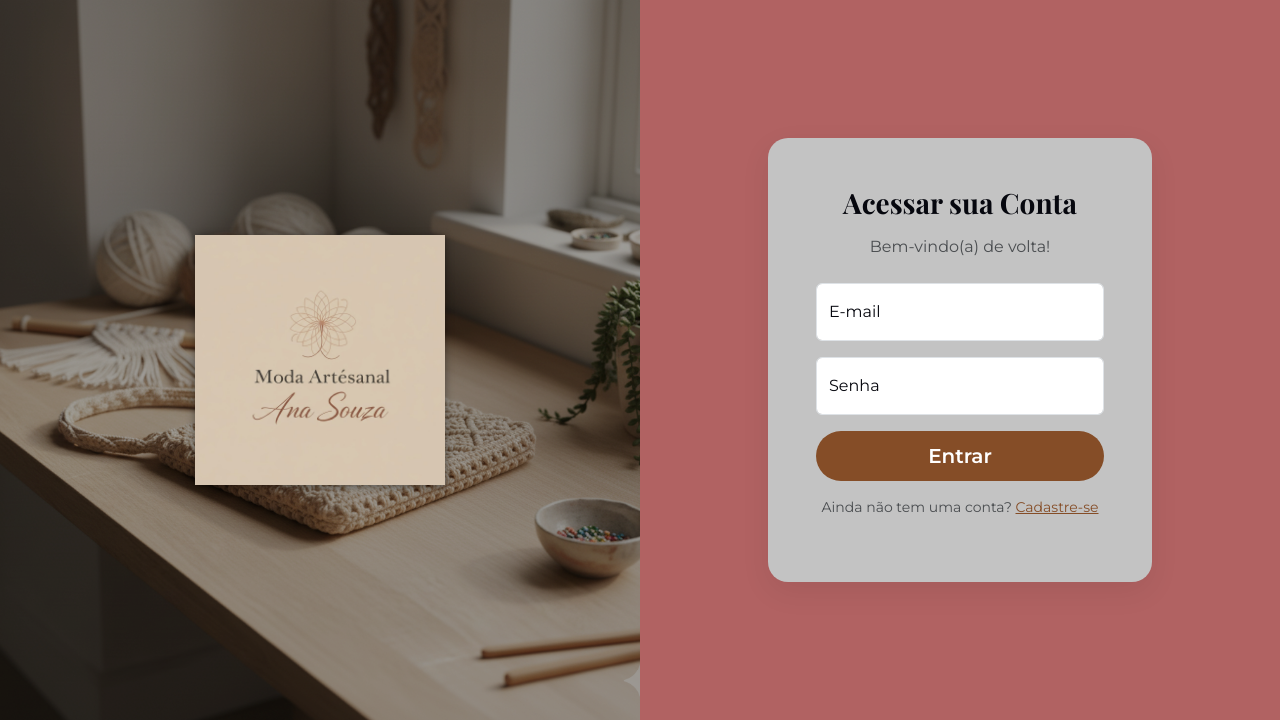
Repository: Lucascsg/projeto-anasouza-frontend
Page: login.html
The author's editor kept a copy of each file at every save. The page is drawn from the files as they stood at one save, then again after the next save.
The browser window is 1280 px wide. The pictures show the whole page.

Above is the page before, as saved 2025-10-21 23:44:42.

After the next save:
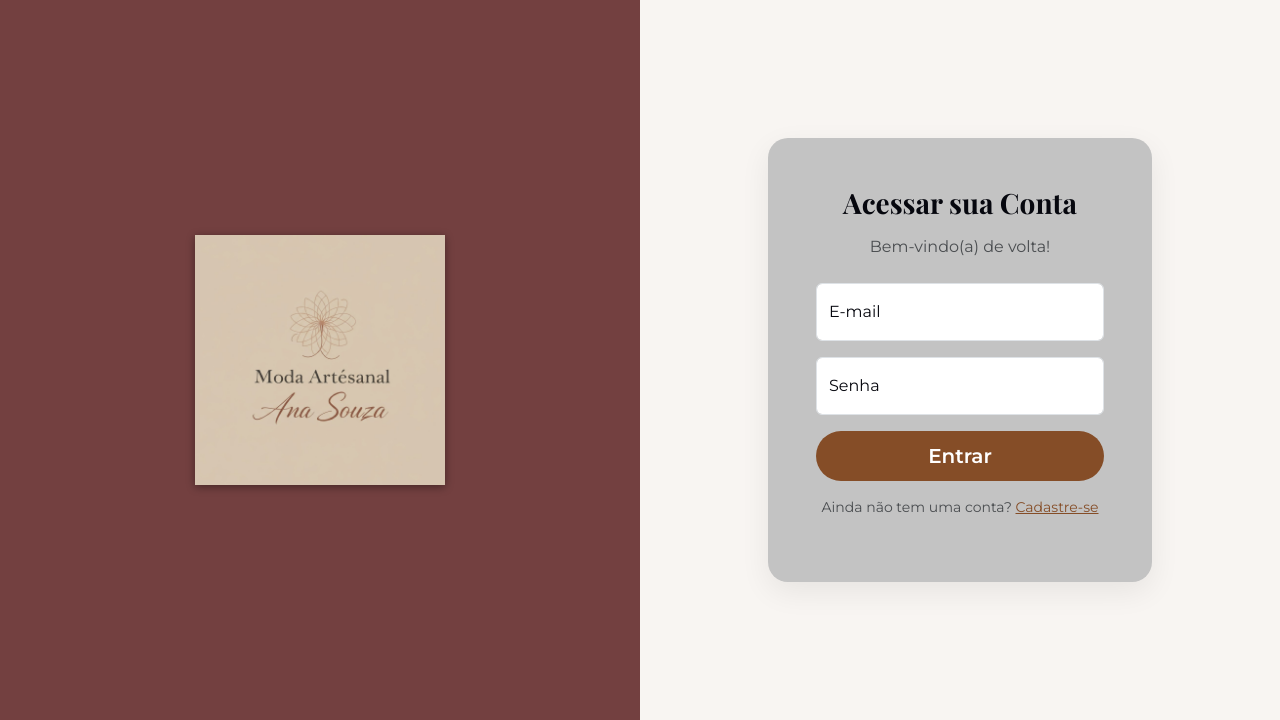
Not found: imagens/auth-background.jpg
Saved 2 min 45 s later.
--- a/login.html
+++ b/login.html
@@ -13,70 +13,70 @@
 
     <style>
         /* Estilo para garantir altura total e split screen */
-        body, html { height: 100%; margin: 0; overflow: hidden; }
-        .split-container { display: flex; min-height: 100vh; }
-        .split-image {
-            background: url('imagens/backlog4.png') no-repeat center center/cover; /* SUA IMAGEM DE FUNDO AQUI */
-            flex: 1;
-            position: relative;
-            display: flex;
-            align-items: center;
-            justify-content: center;
-            padding: 2rem; /* Adiciona um respiro */
-        }
-        .split-form {
-            flex: 1;
-            display: flex;
-            align-items: center;
-            justify-content: center;
-            padding: 2rem;
-            background-color: #B16262 ;
-            overflow-y: auto;
-        }
+body, html { height: 100%; margin: 0; overflow: hidden; }
+.split-container { display: flex; min-height: 100vh; }
+.split-image {
+    background: url('imagens/auth-background.jpg') no-repeat center center/cover; /* SUA IMAGEM DE FUNDO AQUI */
+    flex: 1;
+    position: relative;
+    display: flex;
+    align-items: center;
+    justify-content: center;
+    padding: 2rem;
+}
+.split-form {
+    flex: 1;
+    display: flex;
+    align-items: center;
+    justify-content: center;
+    padding: 2rem;
+    background-color: var(--cor-fundo-claro);
+    overflow-y: auto;
+}
 
-        /* Overlay sobre a imagem */
-        .split-image::before {
-            content: '';
-            position: absolute;
-            top: 0; left: 0;
-            width: 100%; height: 100%;
-            background: rgba(0, 0, 0, 0.35);
-            z-index: 1;
-        }
+/* Overlay sobre a imagem */
+.split-image::before {
+    content: '';
+    position: absolute;
+    top: 0; left: 0;
+    width: 100%; height: 100%;
+    background: rgba(0, 0, 0, 0.35);
+    z-index: 1;
+}
 
-        /* --- ATUALIZADO: Estilo para a IMAGEM do logo --- */
-        .image-logo {
-            position: relative;
-            z-index: 2;
-            text-align: center;
-            max-width: 250px; /* Limita a largura máxima do logo */
-            width: 70%;       /* Faz o logo ocupar 70% do espaço disponível */
-        }
-        .image-logo img {
-            /* Adiciona um leve filtro para o logo "flutuar" melhor sobre fundos variados */
-            filter: drop-shadow(0px 2px 4px rgba(0,0,0,0.4));
-        }
+/* --- NOVA CORREÇÃO: Estilo para a IMAGEM do logo --- */
+.image-logo {
+    position: relative;
+    z-index: 2;
+    max-width: 250px; /* Limita a largura máxima do logo */
+    width: auto;      /* Deixa a imagem definir a largura */
+    /* Remove text-align: center; não é mais necessário */
+    margin: auto;     /* Ajuda na centralização dentro do flex item */
+}
+.image-logo a {
+    display: block; /* Garante que o link se comporte como um bloco */
+    line-height: 0;   /* Remove qualquer altura de linha extra */
+    /* Adicionado: Força o link a ter exatamente o tamanho da imagem */
+    width: fit-content;
+    height: fit-content;
+    margin: 0 auto; /* Centraliza o link (que agora tem tamanho definido) */
+}
+.image-logo img {
+    display: block; /* Garante que a imagem preencha o link */
+    filter: drop-shadow(0px 2px 4px rgba(0,0,0,0.4));
+}
+/* --- FIM DA NOVA CORREÇÃO --- */
 
-        /* Ajuste para telas menores */
-        @media (max-width: 767px) {
-            .split-container { flex-direction: column-reverse; }
-            .split-image {
-                min-height: 200px; /* Altura menor para o logo no mobile */
-                flex: none;
-                padding: 1rem; /* Menos respiro */
-            }
-            .image-logo { /* Logo na imagem é ajustado no mobile */
-                max-width: 180px; /* Logo menor no mobile */
-                width: 60%;
-            }
-            .split-form { padding: 1.5rem; }
-            .form-logo { display: block !important; }
-             /* Esconde o logo grande da imagem no mobile, mostra o pequeno do form */
-             /* .image-logo { display: none !important; } */ /* Descomente se preferir esconder totalmente no mobile */
-        }
-        @media (min-width: 768px) {
-            .form-logo { display: none; }
-        }
+/* Ajuste para telas menores */
+@media (max-width: 767px) {
+    /* ... (resto do @media igual) ... */
+    .image-logo { /* Ajuste do tamanho no mobile */
+        max-width: 180px;
+    }
+}
+@media (min-width: 768px) {
+    /* ... (resto do @media igual) ... */
+}
     </style>
 </head>
 <body>

After the 2 saves that followed:
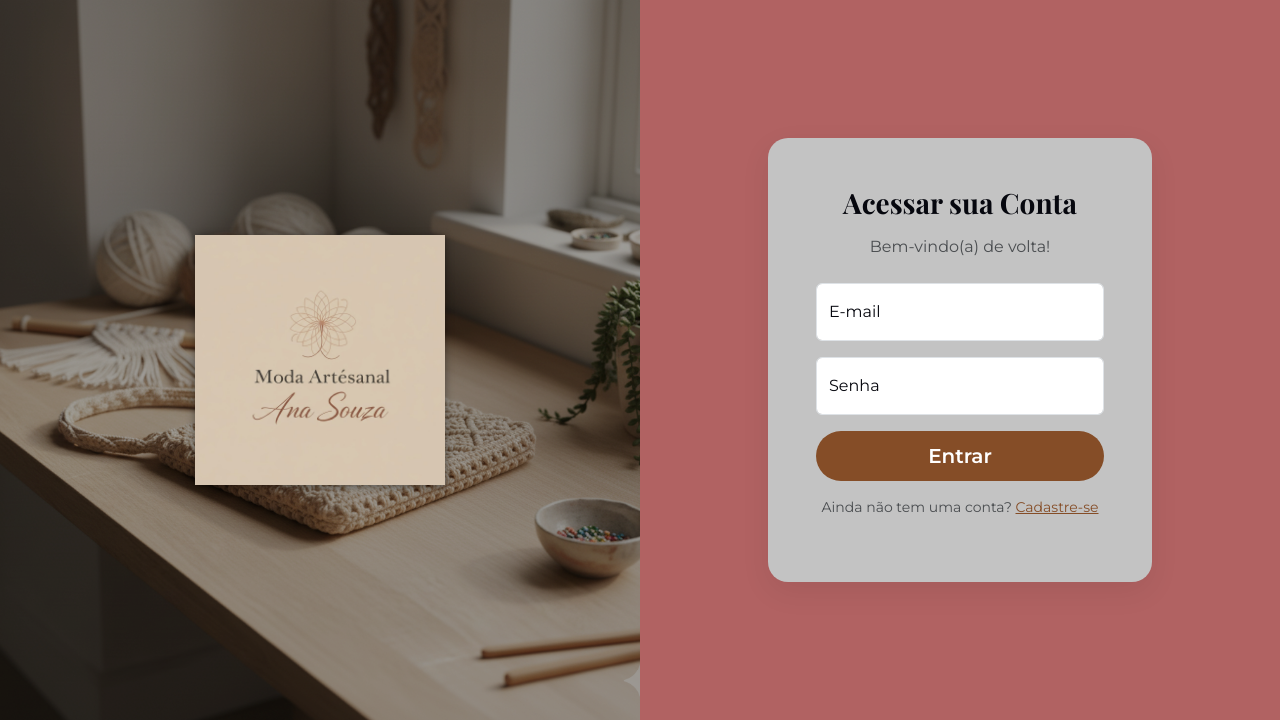
The 2 saves are shown as one change because 1 left the picture as it was.
The last was saved 2 min 46 s later.
--- a/login.html
+++ b/login.html
@@ -13,70 +13,70 @@
 
     <style>
         /* Estilo para garantir altura total e split screen */
-body, html { height: 100%; margin: 0; overflow: hidden; }
-.split-container { display: flex; min-height: 100vh; }
-.split-image {
-    background: url('imagens/auth-background.jpg') no-repeat center center/cover; /* SUA IMAGEM DE FUNDO AQUI */
-    flex: 1;
-    position: relative;
-    display: flex;
-    align-items: center;
-    justify-content: center;
-    padding: 2rem;
-}
-.split-form {
-    flex: 1;
-    display: flex;
-    align-items: center;
-    justify-content: center;
-    padding: 2rem;
-    background-color: var(--cor-fundo-claro);
-    overflow-y: auto;
-}
+        body, html { height: 100%; margin: 0; overflow: hidden; }
+        .split-container { display: flex; min-height: 100vh; }
+        .split-image {
+            background: url('imagens/backlog4.png') no-repeat center center/cover; /* SUA IMAGEM DE FUNDO AQUI */
+            flex: 1;
+            position: relative;
+            display: flex;
+            align-items: center;
+            justify-content: center;
+            padding: 2rem; /* Adiciona um respiro */
+        }
+        .split-form {
+            flex: 1;
+            display: flex;
+            align-items: center;
+            justify-content: center;
+            padding: 2rem;
+            background-color: #B16262 ;
+            overflow-y: auto;
+        }
 
-/* Overlay sobre a imagem */
-.split-image::before {
-    content: '';
-    position: absolute;
-    top: 0; left: 0;
-    width: 100%; height: 100%;
-    background: rgba(0, 0, 0, 0.35);
-    z-index: 1;
-}
+        /* Overlay sobre a imagem */
+        .split-image::before {
+            content: '';
+            position: absolute;
+            top: 0; left: 0;
+            width: 100%; height: 100%;
+            background: rgba(0, 0, 0, 0.35);
+            z-index: 1;
+        }
 
-/* --- NOVA CORREÇÃO: Estilo para a IMAGEM do logo --- */
-.image-logo {
-    position: relative;
-    z-index: 2;
-    max-width: 250px; /* Limita a largura máxima do logo */
-    width: auto;      /* Deixa a imagem definir a largura */
-    /* Remove text-align: center; não é mais necessário */
-    margin: auto;     /* Ajuda na centralização dentro do flex item */
-}
-.image-logo a {
-    display: block; /* Garante que o link se comporte como um bloco */
-    line-height: 0;   /* Remove qualquer altura de linha extra */
-    /* Adicionado: Força o link a ter exatamente o tamanho da imagem */
-    width: fit-content;
-    height: fit-content;
-    margin: 0 auto; /* Centraliza o link (que agora tem tamanho definido) */
-}
-.image-logo img {
-    display: block; /* Garante que a imagem preencha o link */
-    filter: drop-shadow(0px 2px 4px rgba(0,0,0,0.4));
-}
-/* --- FIM DA NOVA CORREÇÃO --- */
+        /* --- ATUALIZADO: Estilo para a IMAGEM do logo --- */
+        .image-logo {
+            position: relative;
+            z-index: 2;
+            text-align: center;
+            max-width: 250px; /* Limita a largura máxima do logo */
+            width: 70%;       /* Faz o logo ocupar 70% do espaço disponível */
+        }
+        .image-logo img {
+            /* Adiciona um leve filtro para o logo "flutuar" melhor sobre fundos variados */
+            filter: drop-shadow(0px 2px 4px rgba(0,0,0,0.4));
+        }
 
-/* Ajuste para telas menores */
-@media (max-width: 767px) {
-    /* ... (resto do @media igual) ... */
-    .image-logo { /* Ajuste do tamanho no mobile */
-        max-width: 180px;
-    }
-}
-@media (min-width: 768px) {
-    /* ... (resto do @media igual) ... */
-}
+        /* Ajuste para telas menores */
+        @media (max-width: 767px) {
+            .split-container { flex-direction: column-reverse; }
+            .split-image {
+                min-height: 200px; /* Altura menor para o logo no mobile */
+                flex: none;
+                padding: 1rem; /* Menos respiro */
+            }
+            .image-logo { /* Logo na imagem é ajustado no mobile */
+                max-width: 180px; /* Logo menor no mobile */
+                width: 60%;
+            }
+            .split-form { padding: 1.5rem; }
+            .form-logo { display: block !important; }
+             /* Esconde o logo grande da imagem no mobile, mostra o pequeno do form */
+             /* .image-logo { display: none !important; } */ /* Descomente se preferir esconder totalmente no mobile */
+        }
+        @media (min-width: 768px) {
+            .form-logo { display: none; }
+        }
     </style>
 </head>
 <body>
